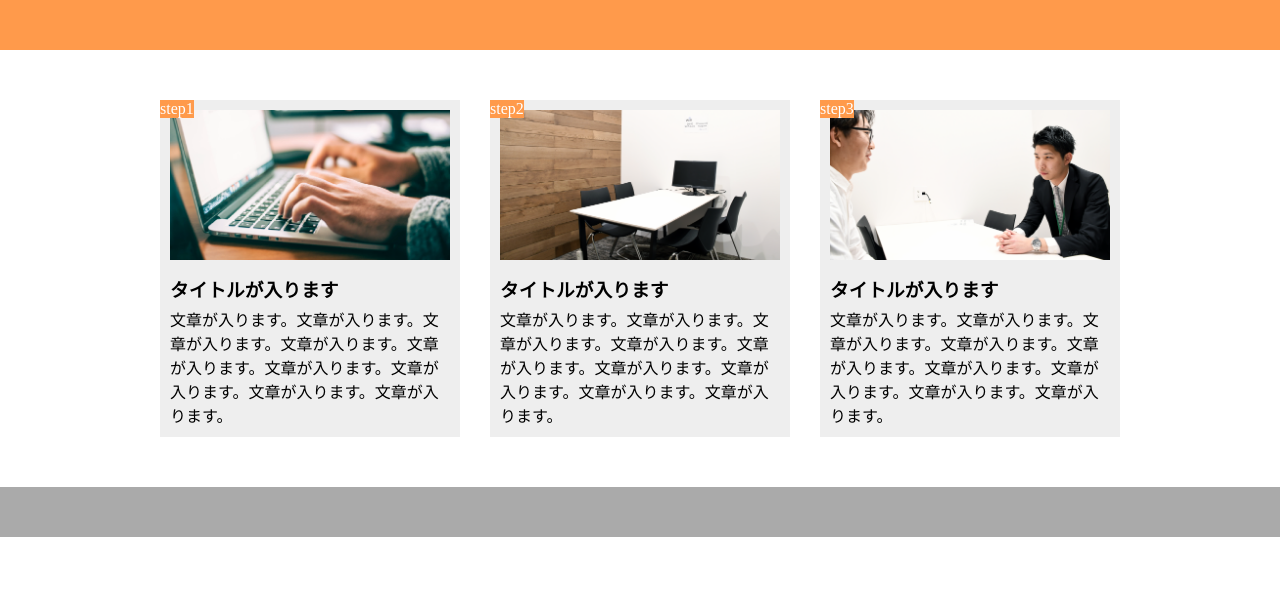
Repository: itoudaiki/git-practice
Page: k-10/k-10.html
The author's editor kept a record of every edit. The page is drawn from the files as they stood at one moment, then again after the next edit.
The browser window is 1280 px wide. The pictures show the whole page.

Above is the page before.

After the next edit:
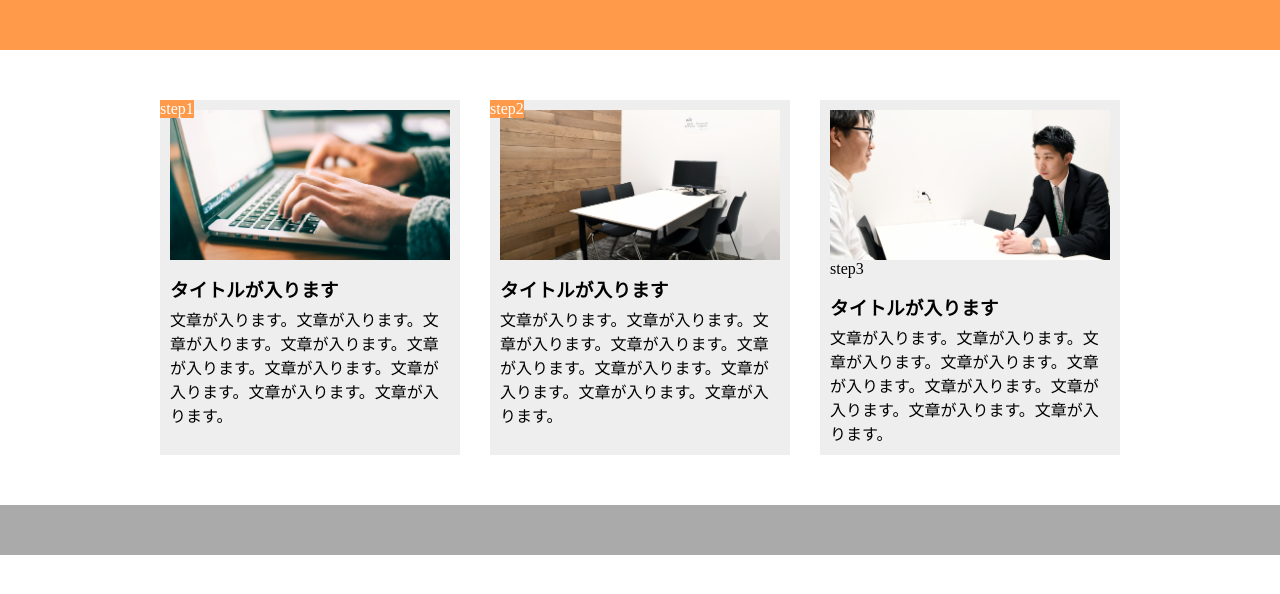
The edit:
--- a/k-10/k-10.html
+++ b/k-10/k-10.html
@@ -29,7 +29,7 @@
 
       <div class="step-box">
         <div class="step-img3"></div>
-        <span class="step-num">step3</span>
+        <span class="step-item">step3</span>
         <h3 class="title">タイトルが入ります</h3>
         <p class="text">
           文章が入ります。文章が入ります。文章が入ります。文章が入ります。文章が入ります。文章が入ります。文章が入ります。文章が入ります。文章が入ります。
